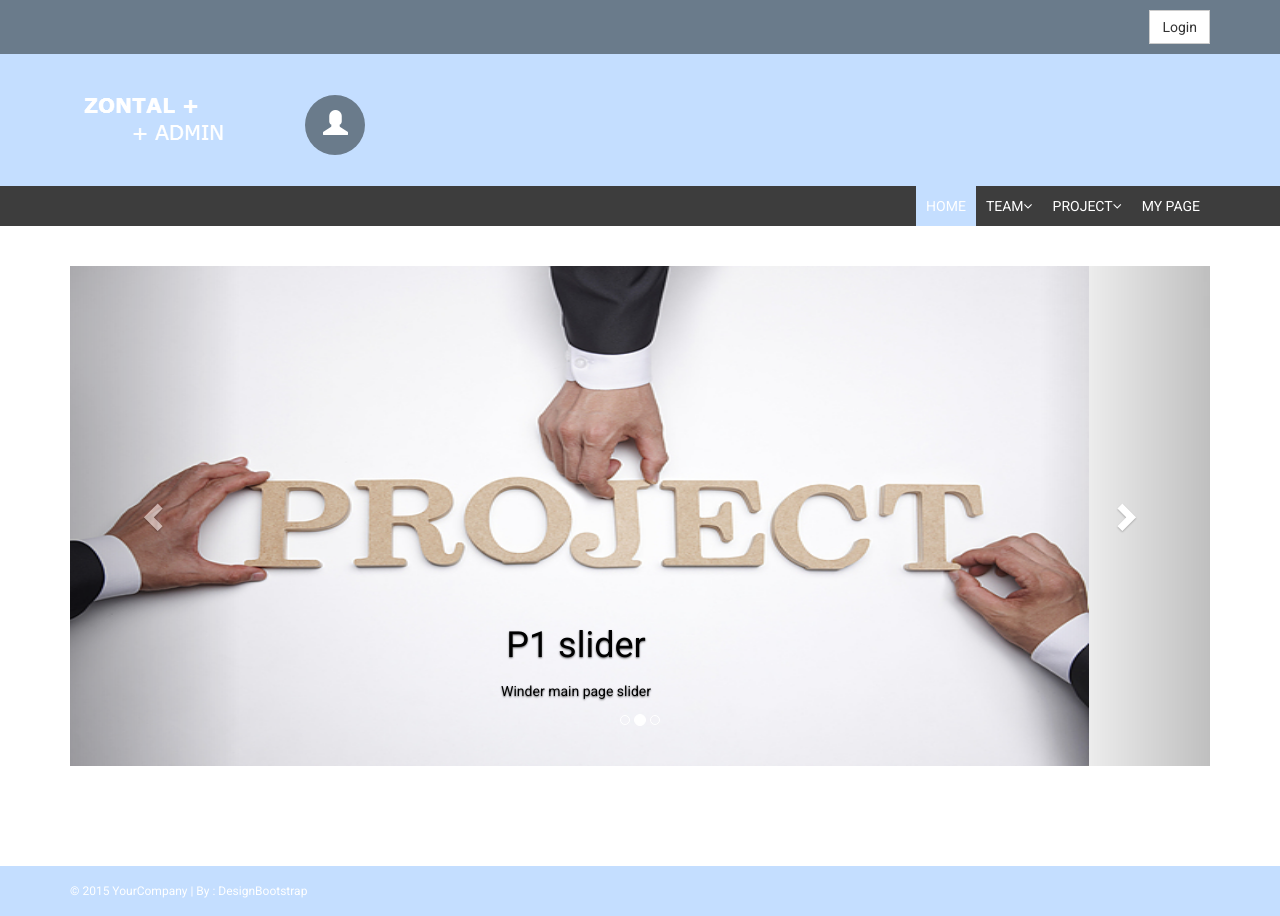
Repository: hwju91/skuniv
Page: http://localhost/0903.2/WEB-INF/jsp/index.jsp
The author's editor kept a copy of each file at every save. The page is drawn from the files as they stood at one save, then again after the next save.
The browser window is 1280 px wide. The pictures show the whole page.
The page is served by Tomcat 9. Nobody is signed in. Other server files are loaded and not shown. The template is opened directly, without the code that normally fills it, so the values that code supplies are empty.

Above is the page before, as saved 2016-09-08 11:53:03.

### 0903.2/WebContent/WEB-INF/jsp/index.jsp
<%@ page language="java" contentType="text/html; charset=UTF-8"
	pageEncoding="UTF-8"%>
<jsp:include page="header_index.jsp" />
<jsp:include page="nav.jsp" />
<jsp:include page="menu_basic.jsp" />


<div id="myCarousel" class="carousel slide" data-ride="carousel">
    <!-- Indicators -->
    <ol class="carousel-indicators">
      <li data-target="#myCarousel" data-slide-to="0" class="active"></li>
      <li data-target="#myCarousel" data-slide-to="1"></li>
      <li data-target="#myCarousel" data-slide-to="2"></li>
    </ol>


    <!-- Wrapper for slides -->
    <div class="carousel-inner" role="listbox">

      <div class="item active">
        <img src="img/p01.jpg" alt="Chania" width="460" height="345">
        <div class="carousel-caption">
	          <div style="color:black;">
		          <h1>P1 slider</h1>
		          <p>Winder main page slider</p>
	        </div>
        </div>
      </div>

      <div class="item">
        <img src="img/p02.jpg" alt="Chania" width="460" height="345">
        <div class="carousel-caption">
	          <div style="color:white;">
		          <h1>P2 slider</h1>
		          <p>Winder main page slider</p>
	        </div>
        </div>
      </div>

      <div class="item">
        <img src="img/p03.jpg" alt="Chania" width="460" height="345">
        <div class="carousel-caption">
	          <div style="color:black;">
		          <h1>P3 slider</h1>
		          <p>Winder main page slider</p>
	        </div>
        </div>
      </div>

    </div>

    <!-- Left and right controls -->
    <a class="left carousel-control" href="#myCarousel" role="button" data-slide="prev">
      <span class="glyphicon glyphicon-chevron-left" aria-hidden="true"></span>
      <span class="sr-only">Previous</span>
    </a>

    <a class="right carousel-control" href="#myCarousel" role="button" data-slide="next">
      <span class="glyphicon glyphicon-chevron-right" aria-hidden="true"></span>
      <span class="sr-only">Next</span>
    </a>
  </div>

<jsp:include page="footer.jsp" />

### 0903.2/WebContent/WEB-INF/jsp/header_index.jsp
<%@ page language="java" contentType="text/html; charset=UTF-8"
    pageEncoding="UTF-8"%>
<!DOCTYPE html PUBLIC "-//W3C//DTD HTML 4.01 Transitional//EN" "http://www.w3.org/TR/html4/loose.dtd">
<html>
<head>
    <title>Winder</title>

    <link href="css/bootstrap.css" rel="stylesheet" />
    <link href="css/font-awesome.css" rel="stylesheet" />
    <link href="css/style.css" rel="stylesheet" />

	<style>
		.carousel-inner > .item > img,
		.carousel-inner > .item > a > img {
	      width: 90%;
	      height: 500px;
	      margin: auto;
	    }
	</style>

</head>
</head>

### 0903.2/WebContent/WEB-INF/jsp/nav.jsp
<%@ page language="java" contentType="text/html; charset=UTF-8"
    pageEncoding="UTF-8"%>
<body>
    <header>
        <div class="container">
            <div class="row">
                <div class="col-md-12">
                    <!-- <strong>Email: </strong>info@yourdomain.com
                    &nbsp;&nbsp;
                    <strong>Support: </strong>+90-897-678-44 -->
                    <%
                    if("loginok".equals((String)session.getAttribute("loginchk"))){
                    	%>
                    	<a class="btn btn-default" href="logout">Logout</a>
                    <%}
                    else{
                    %>
                    	<a class="btn btn-default" href="login">Login</a>
                    <% }%>

                </div>

            </div>
        </div>
    </header>
    <!-- HEADER END-->
    <div class="navbar navbar-inverse set-radius-zero">
        <div class="container">
            <div class="navbar-header">
                <button type="button" class="navbar-toggle" data-toggle="collapse" data-target=".navbar-collapse">
                    <span class="icon-bar"></span>
                    <span class="icon-bar"></span>
                    <span class="icon-bar"></span>
                </button>
                <a class="navbar-brand" href="index.html">
                    <img src="img/logo.png" />
                </a>

            </div>

            <div class="left-div">
                <div class="user-settings-wrapper">
                    <ul class="nav">

                        <li class="dropdown">
                            <a class="dropdown-toggle" data-toggle="dropdown" href="#" aria-expanded="false">
                                <span class="glyphicon glyphicon-user" style="font-size: 25px;"></span>
                            </a>
                            <div class="dropdown-menu dropdown-settings" style="color: #fff">
                                <div class="media">
                                    <a class="media-left" href="#">
                                        <img src="img/64-64.jpg" alt="" class="img-rounded" />
                                    </a>
                                    <div class="media-body">
                                        <h4 class="media-heading">Jhon Deo Alex </h4>
                                        <h5>Developer & Designer</h5>

                                    </div>
                                </div>
                                <hr />
                                <h5><strong>Personal Bio : </strong></h5>
                                Anim pariatur cliche reprehen derit.
                                <hr />
                                <a href="#" class="btn btn-info btn-sm">Full Profile</a>&nbsp; <a href="login.html" class="btn btn-danger btn-sm">Logout</a>

                            </div>
                        </li>


                    </ul>
                </div>
            </div>
        </div>
    </div>
    <!-- LOGO HEADER END-->

### 0903.2/WebContent/WEB-INF/jsp/menu_basic.jsp
<%@ page language="java" contentType="text/html; charset=UTF-8"
    pageEncoding="UTF-8"%>
<%@taglib prefix="c"  uri="http://java.sun.com/jsp/jstl/core" %>
<section class="menu-section">
        <div class="container">
            <div class="row">
                <div class="col-md-12">
                    <div class="navbar-collapse collapse ">
                        <ul id="menu-top" class="nav navbar-nav navbar-right">
                            <li><a class="menu-top-active" href="home">Home</a></li>
                            <li class="dropdown">
                                <a href="#" class="dropdown-toggle" data-toggle="dropdown">Team<i class="fa fa-angle-down"></i></a>
                                <ul class="dropdown-menu">
                                	<li><a href="teamList">팀 List</a></li>
                                    <li><a href="teamCreateform">팀 생성</a></li>
                                    <c:forEach items="${teammenu }" var="tmenu">
                                    <li><a href="projectlist?tno=${tmenu.tno }">${tmenu.name }</a></li>
                                    </c:forEach>
                                </ul>
                            </li>
                            <li class="dropdown">
                                <a href="#" class="dropdown-toggle" data-toggle="dropdown">Project<i class="fa fa-angle-down"></i></a>
                                <ul class="dropdown-menu">
                                    <li><a href="projectform">프로젝트 생성</a></li>
                                    <c:forEach items="${projectmenu }" var="pmenu">
                                    <li><a href="projectmain?pno=${pmenu.pno }">${pmenu.name }</a></li>
                                    </c:forEach>
                                </ul>
                            </li>
                             <li><a href="mypage">My Page</a></li>

                        </ul>
                    </div>
                </div>

            </div>
        </div>
    </section>
    <!-- MENU SECTION END-->
    <div class="content-wrapper">
        <div class="container">

### 0903.2/WebContent/WEB-INF/jsp/footer.jsp
<%@ page language="java" contentType="text/html; charset=UTF-8"
    pageEncoding="UTF-8"%>
 </div>
    </div>
    <!-- CONTENT-WRAPPER SECTION END-->
    <footer>
        <div class="container">
            <div class="row">
                <div class="col-md-12">
                    &copy; 2015 YourCompany | By : <a href="http://www.designbootstrap.com/" target="_blank">DesignBootstrap</a>
                </div>

            </div>
        </div>
    </footer>
    <!-- script -->
<script src="js/jquery-2.2.3.min.js"></script>
<script src="js/bootstrap.js"></script>
</body>
</html>

### 0903.2/WebContent/css/style.css

/*=============================================================
    Authour URL: www.designbootstrap.com

    http://www.designbootstrap.com/

    License: MIT

    http://opensource.org/licenses/MIT

    100% Free To use For Personal And Commercial Use.

    IN EXCHANGE JUST TELL PEOPLE ABOUT THIS WEBSITE

========================================================  */


/* =============================================================
   GENERAL STYLES
 ============================================================ */

@import url(http://fonts.googleapis.com/css?family=Roboto); /* FREE GOOGLE FONT */

body {
    font-family: 'Roboto', sans-serif;
    line-height: 30px;
}

.set-radius-zero {
    border-radius: 0px;
    -moz-border-radius: 0px;
    -webkit-border-radius: 0px;
}

.content-wrapper {
    margin-top: 40px;
    min-height: 600px;
    padding-bottom: 60px;
}

.page-head-line {
    font-weight: 900;
    padding-bottom: 20px;
    border-bottom: 2px solid #6A7B8B;
    text-transform: uppercase;
    color: #6A7B8B;
    font-size: 20px;
    margin-bottom: 40px;
}

.btn {
    border-radius: 0px;
    -webkit-border-radius: 0px;
    -moz-border-radius: 0px;
}

.progress {
    height: 8px;
    border-radius: 0px;
    -webkit-border-radius: 0px;
    -moz-border-radius: 0px;
}
.login-icon {
    height: 60px;
width: 60px;
padding: 13px;
border-radius: 50%;
font-size: 30px;
margin-bottom: 20px;
color: #fff;
text-align: center;
cursor:pointer;
background-color:#6A7B8B;
-webkit-border-radius:50%;
    -moz-border-radius:50%;
}
/* =============================================================
   HEADER SECTION STYLES
 ============================================================ */
header {
    background-color: #6A7B8B;
    color: #fff;
    padding: 10px;
    text-align: right;
}


/* =============================================================
   LOGO SECTION STYLES
 ============================================================ */
.left-div {
    padding-left: 30px;
    margin-top: 40px;
    margin-bottom: 30px;
}

.navbar-brand {
    width: 250px;
    padding-top: 30px;
}

/* USER SETTINGS DIV */
.user-settings-wrapper .nav > li > a {
    position: relative;
    display: block;
    padding: 15px 18px;
    border-radius: 50%;
    -webkit-border-radius: 50%;
    -moz-border-radius: 50%;
    height: 60px;
    width: 60px;
    background-color: #6A7B8B;
    color: #fff;
}

.user-settings-wrapper {
    margin-top: 10px;
}

    .user-settings-wrapper li {
        display: inline-block;
    }

    .user-settings-wrapper .dropdown-settings {
        width: 200px;
        padding: 10px;
    }

    .user-settings-wrapper .nav > li > a:hover,.user-settings-wrapper .nav > li > a:focus {
        text-decoration: none;
        background-color: #C4DEFF!important;
    }

    .user-settings-wrapper img {
        height: 64px;
        width: 64px;
        border: 1px solid #000000;
    }

    .user-settings-wrapper .dropdown-menu {
        margin: 0px;
        border-radius: 0px!important;
        -moz-border-radius: 0px!important;
        -webkit-border-radius: 0px!important;
    }

    .user-settings-wrapper .btn {
        border-radius: 0px!important;
        -moz-border-radius: 0px!important;
        -webkit-border-radius: 0px!important;
    }

    .user-settings-wrapper .media-heading {
        padding-top: 10px;
    }

/* MENU LINKS SECTION*/

.menu-section {
    background-color: #3D3D3D;
}

#menu-top a {
    color: #FFF;
    text-decoration: none;
    font-weight: 500;
    padding: 10px 10px 10px 10px;
    text-transform: uppercase;
}

.menu-top-active {
    background-color: #C4DEFF;
}

.menu-section .nav > li > a:hover,.menu-section .nav > li > a:focus {
    background-color: #6A7B8B!important;
}

.menu-section .dropdown-menu > li > a:hover,.menu-section .dropdown-menu > li > a:focus {
    background-color: #6A7B8B!important;
}

.navbar-inverse {
    background-color: #C4DEFF;
    border-color: transparent;
}

.navbar-toggle {
    background-color: #6A7B8B;
    border: 1px solid #fff;
}

.navbar {
    margin-bottom: 0px;
}
/* =============================================================
   FOOTER SECTION STYLES
 ============================================================ */
footer {
    padding: 10px;
    color: #fff;
    font-size: 12px;
    background-color: #C4DEFF;
}

    footer a, footer a:hover {
        color: #fff;
        text-decoration: none;
    }

/*==============================================
    DASHBOARD  STYLES
 =============================================*/

/* DASHBOARD ICONS */

.bk-clr-one {
    background-color: #B9B739;
}

.bk-clr-two {
    background-color: #F94C4C;
}

.bk-clr-three {
    background-color: #119c7e;
}

.bk-clr-four {
    background-color: #b739b9;
}

.dashboard-div-icon {
    height: 75px;
    width: 75px;
    border: 2px solid #fff;
    padding: 20px;
    border-radius: 50%;
    -webkit-border-radius:50%;
    -moz-border-radius:50%;
    font-size: 30px;
    margin-bottom: 20px;
    color: #fff;
}

.dashboard-div-wrapper {
    border-radius: 5px;
    text-align: center;
    padding: 15px;
    color: #fff;
    margin-bottom: 50px;
}

    .dashboard-div-wrapper .progress {
        height: 2px;
    }

/* NOTICE BOARD */


.notice-board .panel {
    border-radius: 0px;
    -webkit-border-radius: 0px;
    -moz-border-radius: 0px;
}

.notice-board ul {
    padding-left: 0px;
    list-style: none;
}

.notice-board li {
    padding: 10px;
    border-bottom: 1px solid #E5E5E5;
}

    .notice-board li span {
        margin-right: 10px;
        border: 1px solid #DBDBDB;
        padding: 5px;
    }

    .notice-board li a, li a:hover {
        text-decoration: none;
        color: #000;
    }

/* SOCIAL BUTTONS */
.btn-social {
    color: white;
    opacity: 0.8;
}

    .btn-social:hover {
        color: white;
        opacity: 1;
        text-decoration: none;
    }

.btn-facebook {
    background-color: #3b5998;
}

.btn-twitter {
    background-color: #00aced;
}

.btn-linkedin {
    background-color: #0e76a8;
}

.btn-google {
    background-color: #c32f10;
}

Loaded but not shown: 0903.2/WebContent/css/bootstrap.css (library); 0903.2/WebContent/css/font-awesome.css (library); 0903.2/WebContent/js/jquery-2.2.3.min.js (library); 0903.2/WebContent/js/bootstrap.js (library)

After the next save:
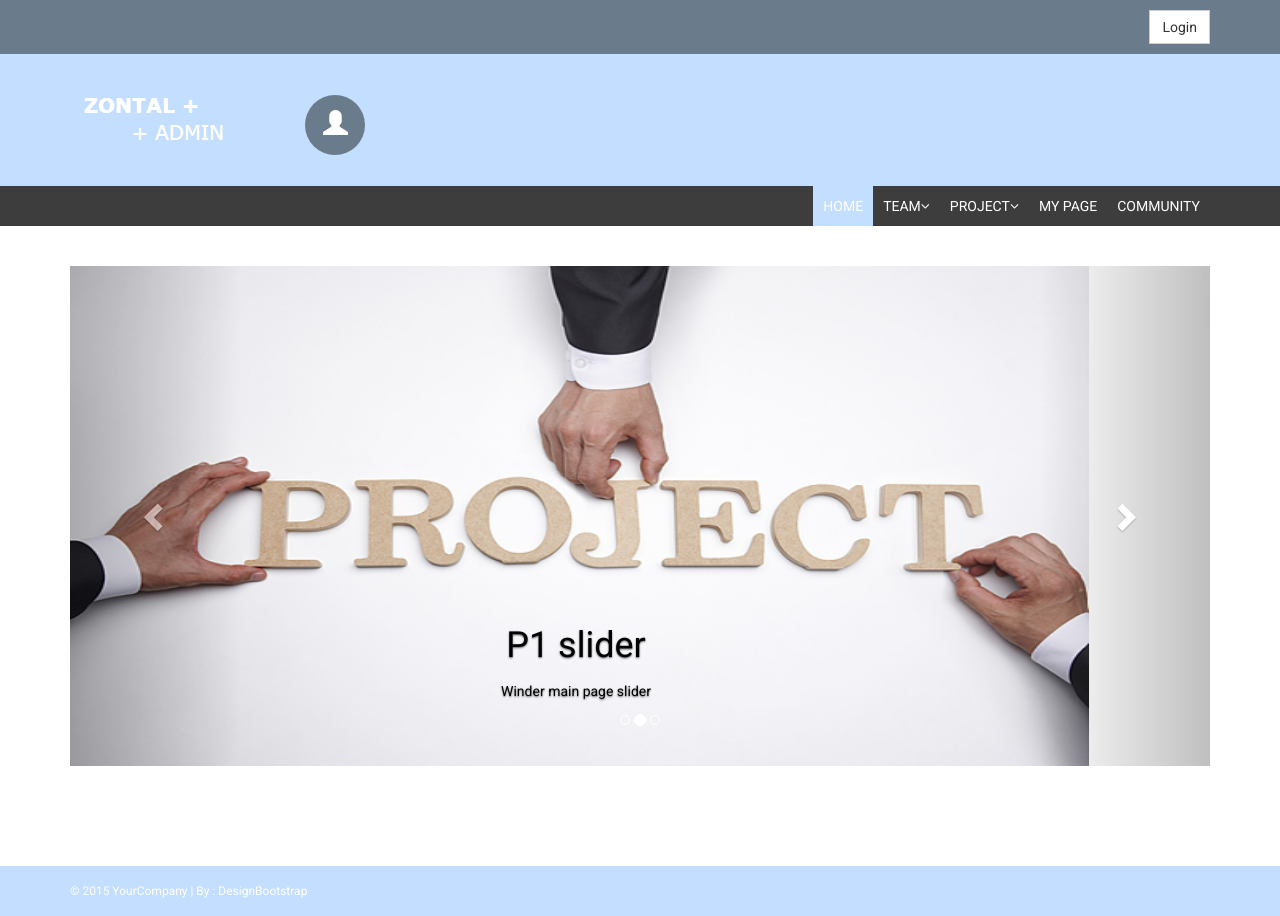
Saved 41 s later.
--- a/0903.2/WebContent/WEB-INF/jsp/menu_basic.jsp
+++ b/0903.2/WebContent/WEB-INF/jsp/menu_basic.jsp
@@ -28,7 +28,7 @@
                                 </ul>
                             </li>
                              <li><a href="mypage">My Page</a></li>
-
+							 <li><a herf="communitylist">Community</a></li>
                         </ul>
                     </div>
                 </div>
